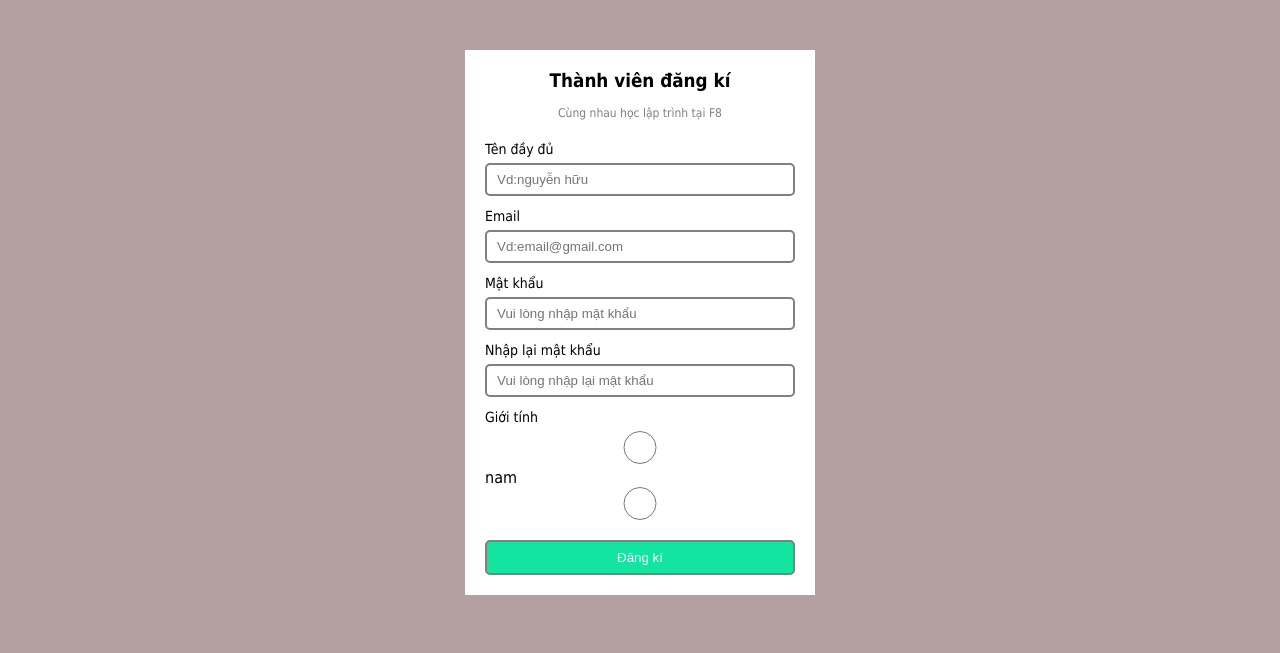
Repository: HuunvDev/Validator
Page: index.html
The author's editor kept a copy of each file at every save. The page is drawn from the files as they stood at one save, then again after the next save.
The browser window is 1280 px wide. The pictures show the whole page.
Some web libraries are served in a nearby version.

Above is the page before, as saved 2022-08-21 08:29:54.

After the next save:
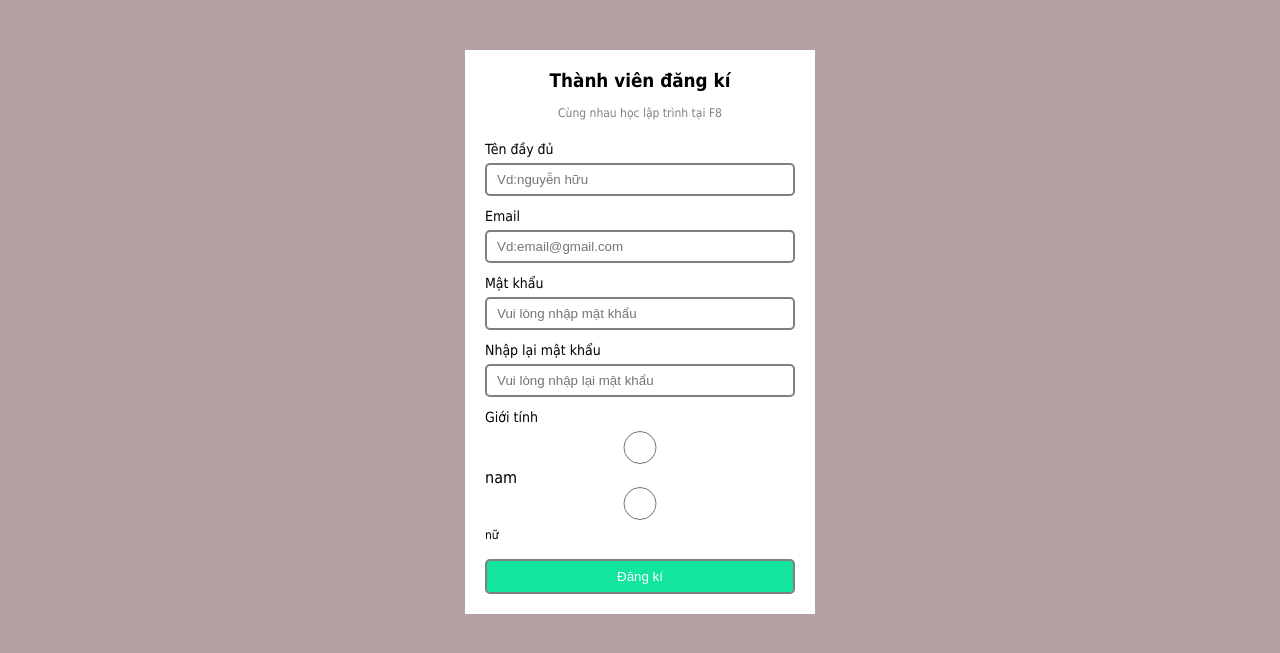
Saved 4 s later.
--- a/index.html
+++ b/index.html
@@ -41,7 +41,7 @@
                 <label for="password_confirmation" class="form-lable">Giới tính</label><br>
                 <input type="radio" name="gender" class="form-control"  value="female">nam<br>
                 <input type="radio" name="gender" class="form-control" value="male"><br>
-                <span class="form-message"></span>
+                <span class="form-message">nữ</span>
             </div>
                 <!-- <input type="checkbox" name ="condition" id ="condition">
                 <span class="agree">Đồng ý và chấp nhận điều khoản</span> -->
